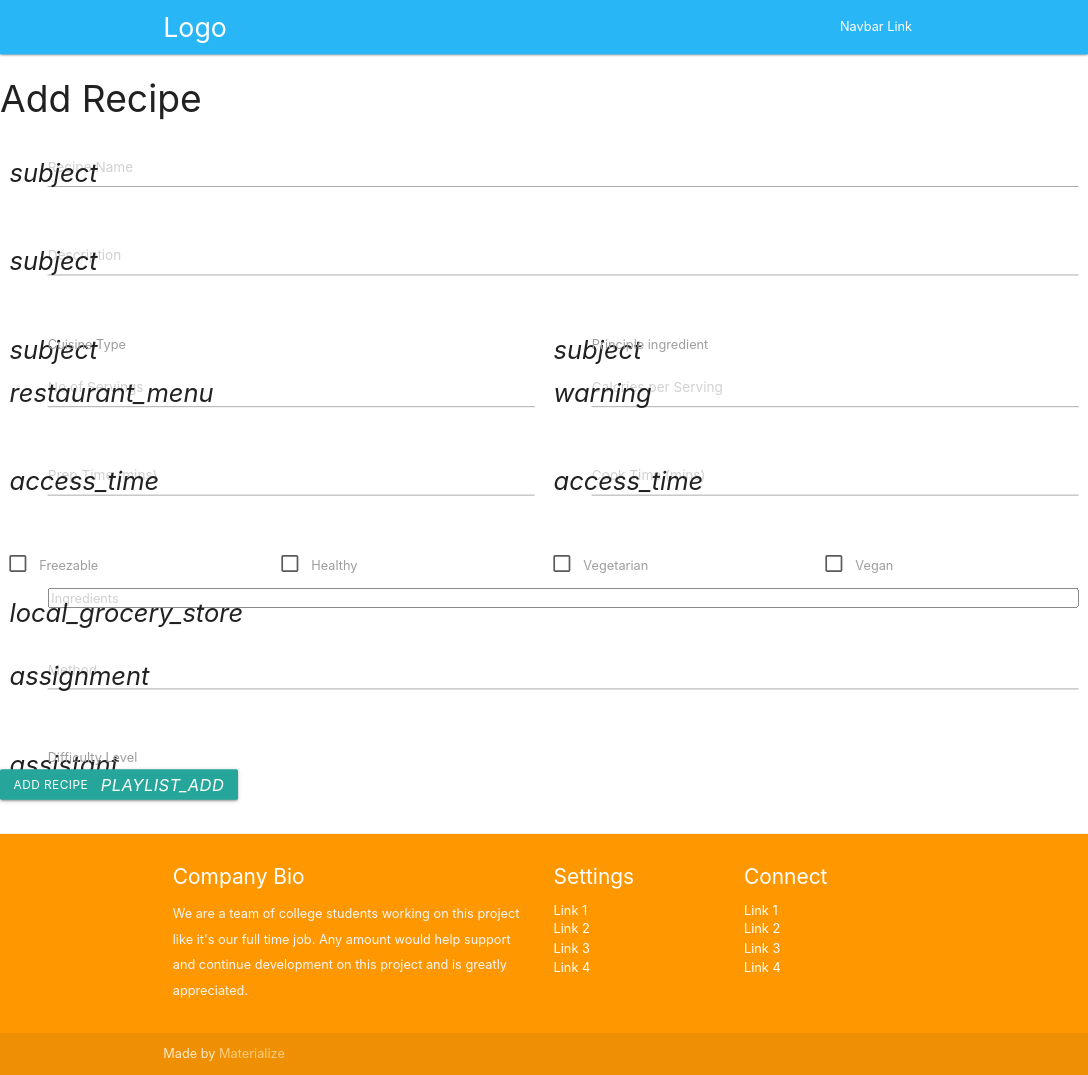
Repository: keefm6776/cookery-website
Page: templates/add_recipe.html
The author's editor kept a record of every edit. The page is drawn from the files as they stood at one moment, then again after the next edit.
The browser window is 1280 px wide. The pictures show the whole page, at 85% of full size.
The page is served by the project's application, run on Flask 3 (app.py). The template is opened directly, without the code that normally fills it, so the values that code supplies are empty.

Above is the page before.
Console error: ReferenceError: $ is not defined

### templates/add_recipe.html
{% extends 'base.html' %} {% block content %}

<h3>Add Recipe</h3>

<div class="row">
    <form action="{{url_for('insert_recipe')}}" method="POST" class="col s12">
        <div class="row">
            <div class="input-field col s12">
                <i class="material-icons prefix">subject</i>
                <input placeholder="Recipe Name" id="recipe_name" name="recipe_name" type="text" class="validate">
            </div>
            <!-- input-field -->
        </div>
        <!-- Row -->
        <div class="row">
            <div class="input-field col s12">
                <i class="material-icons prefix">subject</i>
                <input placeholder="Description" id="blurb" name="blurb" type="text" class="validate">
            </div>
            <!-- input-field -->
        </div>
        <!-- Row -->

        <div class="row">
            <div class="input-field col s12 l6">
                <i class="material-icons prefix">subject</i>
                <select id="cuisine" name="cuisine" type="text">
            <option value="" disabled selected>Choose Cuisine</option>
            {% for cuisine in cuisines%}
                       <option value="{{cuisine.name}}">{{cuisine.name}}</option>
            {% endfor %}
        </select>
                <label>Cuisine Type</label>
            </div>
            <!-- input-field -->

            <div class="input-field col s12 l6">
                <i class="material-icons prefix">subject</i>
                <select id="principle" name="principle_ingredient" type="text`">
            <option value="" disabled selected>Choose Principle Ingredient</option>

            {% for principle in principle_ingredients%}
              <option value="{{ principle.name }}">{{ principle.name }}</option>
            {% endfor %}
        </select>
                <label>Principle ingredient</label>
            </div>
            <!-- input-field -->
        </div>
        <!-- Row -->

        <div class="row">
            <div class="input-field col l6 s12">
                <i class="material-icons prefix">restaurant_menu</i>
                <input placeholder="No of Servings" id="servings" name="servings" type="number" class="validate">
            </div>
            <!-- input-field -->
            <div class="input-field col l6 s12">
                <i class="material-icons prefix">warning</i>
                <input placeholder="Calories per Serving" id="calories_per_serve" name="calories_per_serve" type="number" class="validate">
            </div>
            <!-- inpuit-field -->
        </div>
        <!-- Row -->

        <div class="row">
            <div class="input-field col l6 s12">
                <i class="material-icons prefix">access_time</i>
                <input placeholder="Prep Time (mins)" id="prep_time" name="prep_time" type="number" class="validate">
            </div>
            <!-- input-field -->
            <div class="input-field col l6 s12">
                <i class="material-icons prefix">access_time</i>
                <input placeholder="Cook Time (mins)" id="cook_time" name="cook_time" type="number" class="validate">
            </div>
            <!-- input-field -->
        </div>
        <!-- Row -->

        <div class="row">
            <div class="input-field col s6 l3">
                <label>
          <input type="checkbox" id="isfreezable" name="isfreezable" class="filled-in"/>
          <span>Freezable</span>
        </label>
            </div>
            <!-- input-field -->

            <div class="input-field col s6 l3">
                <label>
          <input type="checkbox" id="ishealthy" name="ishealthy" class="filled-in"/>
          <span>Healthy</span>
        </label>
            </div>
            <!-- input-field -->

            <div class="input-field col s6 l3">
                <label>
          <input type="checkbox" id="isvegetarian" name="isvegetarian" class="filled-in"/>
          <span>Vegetarian</span>
        </label>
            </div>
            <!-- input-field -->

            <div class="input-field col s6 l3">
                <label>
          <input type="checkbox" id="isvegan" name="isvegan" class="filled-in"/>
          <span>Vegan</span>
        </label>
            </div>
            <!-- input-field -->
        </div>
        <!-- Row -->

        <div class="row">
            <div class="input-field col s12">
                <i class="material-icons prefix">local_grocery_store</i>
                <input placeholder="Ingredients" id="ingredients" name="ingredients" type="textarea">
            </div>
            <!-- input-field -->
        </div>
        <!-- Row -->

        <div class="row">
            <div class="input-field col s12">
                <i class="material-icons prefix">assignment</i>
                <input placeholder="Method" id="method" name="method" type="text" />
            </div>
            <!-- input-field -->
        </div>
        <!-- Row -->

        <div class="row">
            <div class="input-field col s12">
                <i class="material-icons prefix">assistant</i>
                <select id="difficulty" name="difficulty" type="text">
            <option value="" disabled selected>Choose Difficulty</option>
            {% for level in difficulty%}
              <option value="{{ level.level }}">{{ level.level }}</option>
            {% endfor %}
        </select>
                <label>Difficulty Level</label>
            </div>
            <!-- input-field -->
        </div>
        <!-- Row -->
        <div class="row">
            <button class="btn waves-effect waves-light" type="submit" name="action">Add Recipe
        <i class="material-icons right">playlist_add</i>
      </button>
        </div>
        <!--Row-->
    </form>
</div>
<!-- Row -->

{% endblock %}

### templates/base.html
<!DOCTYPE html>
<html lang="en">

<head>
  <meta http-equiv="Content-Type" content="text/html; charset=UTF-8" />
  <meta name="viewport" content="width=device-width, initial-scale=1" />
  <title>Cookbook Website</title>

  <!--Load links to CSS files for materialize and my own-->
  <link rel="stylesheet" href="{{url_for('static', filename='css/style.css')}}" type="text/css">
  <link rel="stylesheet" href="{{url_for('static', filename='css/materialize.min.css')}}" type="text/css">
</head>

<body>

<nav class="light-blue lighten-1" role="navigation">
    <div class="nav-wrapper container"><a id="logo-container" href="#" class="brand-logo">Logo</a>
      <ul class="right hide-on-med-and-down">
        <li><a href="#">Navbar Link</a></li>
      </ul>

      <ul id="nav-mobile" class="sidenav">
        <li><a href="#">Navbar Link</a></li>
      </ul>
      <a href="#" data-target="nav-mobile" class="sidenav-trigger"><i class="material-icons">menu</i></a>
    </div>
  </nav>

  {% block content %}

  {% endblock %}

  <footer class="page-footer orange">
    <div class="container">
      <div class="row">
        <div class="col l6 s12">
          <h5 class="white-text">Company Bio</h5>
          <p class="grey-text text-lighten-4">We are a team of college students working on this project like it's our full time job. Any amount would help support and continue development on this project and is greatly appreciated.</p>


        </div>
        <div class="col l3 s12">
          <h5 class="white-text">Settings</h5>
          <ul>
            <li><a class="white-text" href="#!">Link 1</a></li>
            <li><a class="white-text" href="#!">Link 2</a></li>
            <li><a class="white-text" href="#!">Link 3</a></li>
            <li><a class="white-text" href="#!">Link 4</a></li>
          </ul>
        </div>
        <div class="col l3 s12">
          <h5 class="white-text">Connect</h5>
          <ul>
            <li><a class="white-text" href="#!">Link 1</a></li>
            <li><a class="white-text" href="#!">Link 2</a></li>
            <li><a class="white-text" href="#!">Link 3</a></li>
            <li><a class="white-text" href="#!">Link 4</a></li>
          </ul>
        </div>
      </div>
    </div>
    <div class="footer-copyright">
      <div class="container">
      Made by <a class="orange-text text-lighten-3" href="http://materializecss.com">Materialize</a>
      </div>
    </div>
  </footer>



  <!--JavaScript at end of body for optimized loading-->
  <script type="text/javascript" src="{{url_for('static', filename='js/init.js')}}"></script>
  <script type="text/javascript" src="{{url_for('static', filename='js/materialize.min.js')}}"></script>
  <script type="text/javascript" src="{{url_for('static', filename='js/jquery.js')}}"></script>
</body>



<footer>

</footer>

</html>

### app.py
import os
from flask import Flask, render_template, redirect, request, url_for
from flask_pymongo import PyMongo
from bson.objectid import ObjectId

app = Flask(__name__)
app.config["MONGO_DBNAME"] = 'cookbook'
app.config["MONGO_URI"] = 'mongodb+srv://root:31Wirpbj6677@cookery-website-xysxa.mongodb.net/cookbook?retryWrites=true&w=majority'

mongo = PyMongo(app)

@app.route('/')
@app.route('/get_recipes')
def get_recipes():
    return render_template("list_recipes.html", recipes=mongo.db.recipes.find())

@app.route('/add_recipe')
def add_recipe():
    return render_template("add_recipe.html", difficulty=mongo.db.difficulty.find(), cuisines=mongo.db.cuisine_type.find(), principle_ingredients=mongo.db.principle_ingredient.find())

@app.route('/insert_recipe', methods=['POST'])
def insert_recipe():
    recipes = mongo.db.recipes
    recipes.insert_one(request.form.to_dict())
    return redirect(url_for('get_recipes'))

@app.route('/view_recipe/<recipe_id>')
def view_recipe(recipe_id):
    the_recipe =  mongo.db.recipes.find_one({"_id": ObjectId(recipe_id)})
    all_cuisines =  mongo.db.cuisine_type.find()
    return render_template('view_recipe.html', recipe=the_recipe, cuisines=all_cuisines)

@app.route('/edit_recipe/<recipe_id>')
def edit_recipe(recipe_id):
    the_recipe =  mongo.db.recipes.find_one({"_id": ObjectId(recipe_id)})
    all_cuisines =  mongo.db.cuisine_type.find()
    all_principles =  mongo.db.principle_ingredients.find()
    all_difficulties = mongo.db.difficulty_levels.find()
    return render_template('edit_recipe.html', recipe=the_recipe, cuisines=all_cuisines, principles=all_principles, difficulties=all_difficulties)

@app.route('/update_recipe/<recipe_id>', methods=['POST'])
def update_recipe(recipe_id):
    recipes =  mongo.db.recipes
    recipes.update( {'_id': ObjectId(recipe_id)},
    {'recipe_name': request.form.get('recipe_name')},
    {'cuisine_type': request.form.get('cuisine_type')},
    {'servings': request.form.get('servings')},
    {'prep_time': request.form.get('prep_time')},
    {'cook_time': request.form.get('cook_time')},
    {'calories_per_serve': request.form.get('calories_per_serve')},
    {'difficulty': request.form.get('difficulty')},
    {'blurb': request.form.get('blurb')},
    {'isfreezable': request.form.get('isfreezable')},
    {'ishealthy': request.form.get('ishealthy')},
    {'isvegan': request.form.get('isvegan')},
    {'isvegetarian': request.form.get('isvegetarian')},
    {'ingredients': request.form.get('ingredients')},
    {'method': request.form.get('method')},
    {'principle_ingredient': request.form.get('principle_ingredient')})
    return redirect(url_for('get_recipes'))

if __name__ == '__main__':
    app.run(host=os.environ.get('IP'),
            port=int(os.environ.get('PORT')),
            debug=True)

### static/css/style.css
/* Custom Stylesheet */
/**
 * Use this file to override Materialize files so you can update
 * the core Materialize files in the future
 *
 * Made By MaterializeCSS.com
 */

nav ul a,
nav .brand-logo {
  color: #444;
}

p {
  line-height: 2rem;
}

.sidenav-trigger {
  color: #26a69a;
}

.parallax-container {
  min-height: 380px;
  line-height: 0;
  height: auto;
  color: rgba(255,255,255,.9);
}
  .parallax-container .section {
    width: 100%;
  }

@media only screen and (max-width : 992px) {
  .parallax-container .section {
    position: absolute;
    top: 40%;
  }
  #index-banner .section {
    top: 10%;
  }
}

@media only screen and (max-width : 600px) {
  #index-banner .section {
    top: 0;
  }
}

.icon-block {
  padding: 0 15px;
}
.icon-block .material-icons {
  font-size: inherit;
}

footer.page-footer {
  margin: 0;
}

### static/js/init.js
(function($){
  $(function(){

    $('.sidenav').sidenav();
    $('.parallax').parallax();


  });
  });


   $(document).ready(function(){
    $('.carousel').carousel();
  });

Loaded but not shown: static/css/materialize.min.css (library); static/js/materialize.min.js (library); static/js/jquery.js (library)

After the next edit:
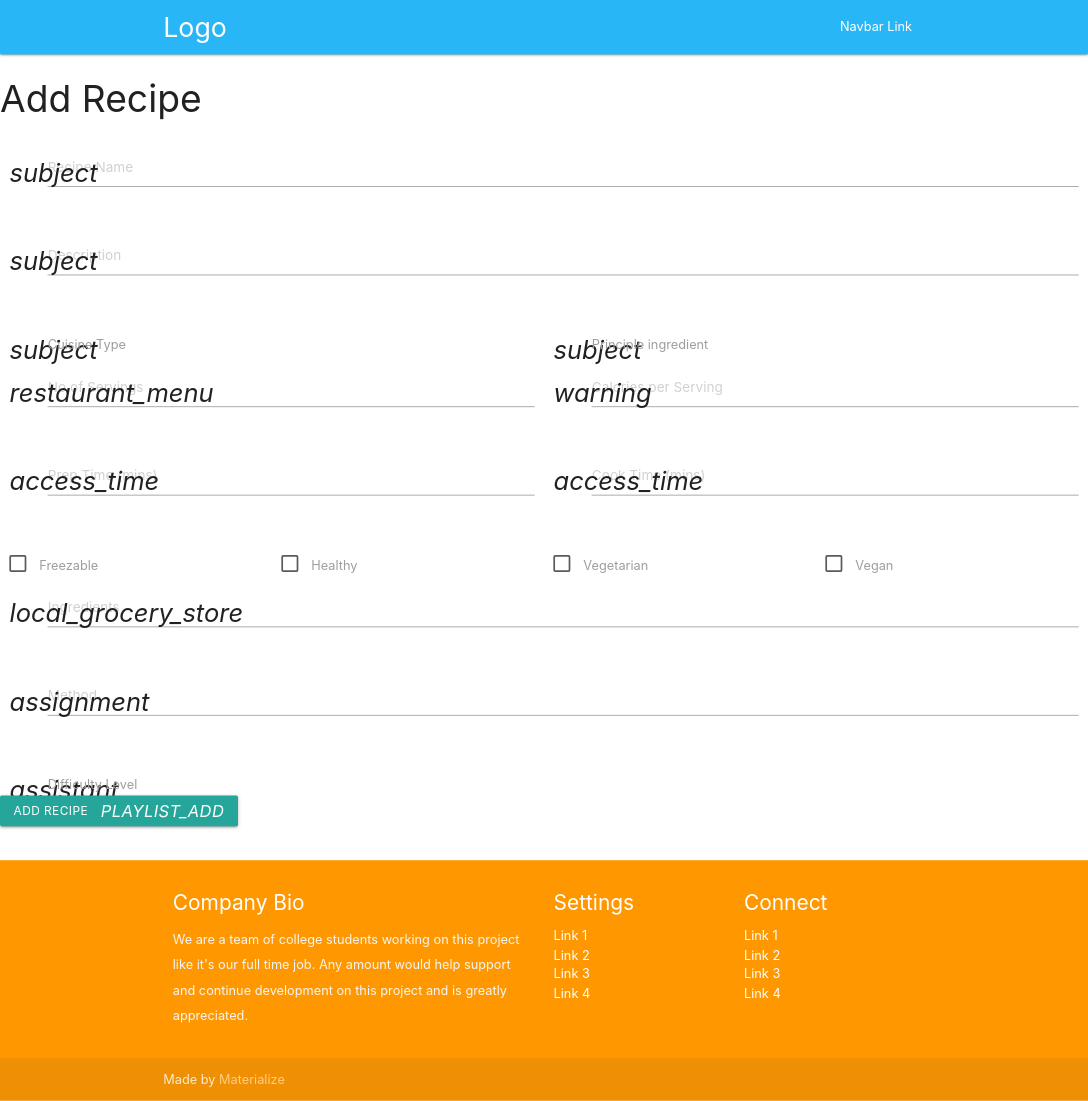
The edit:
--- a/templates/add_recipe.html
+++ b/templates/add_recipe.html
@@ -115,7 +115,7 @@
         <div class="row">
             <div class="input-field col s12">
                 <i class="material-icons prefix">local_grocery_store</i>
-                <input placeholder="Ingredients" id="ingredients" name="ingredients" type="textarea">
+                <input placeholder="Ingredients" id="ingredients" name="ingredients" type="text"/>
             </div>
             <!-- input-field -->
         </div>
